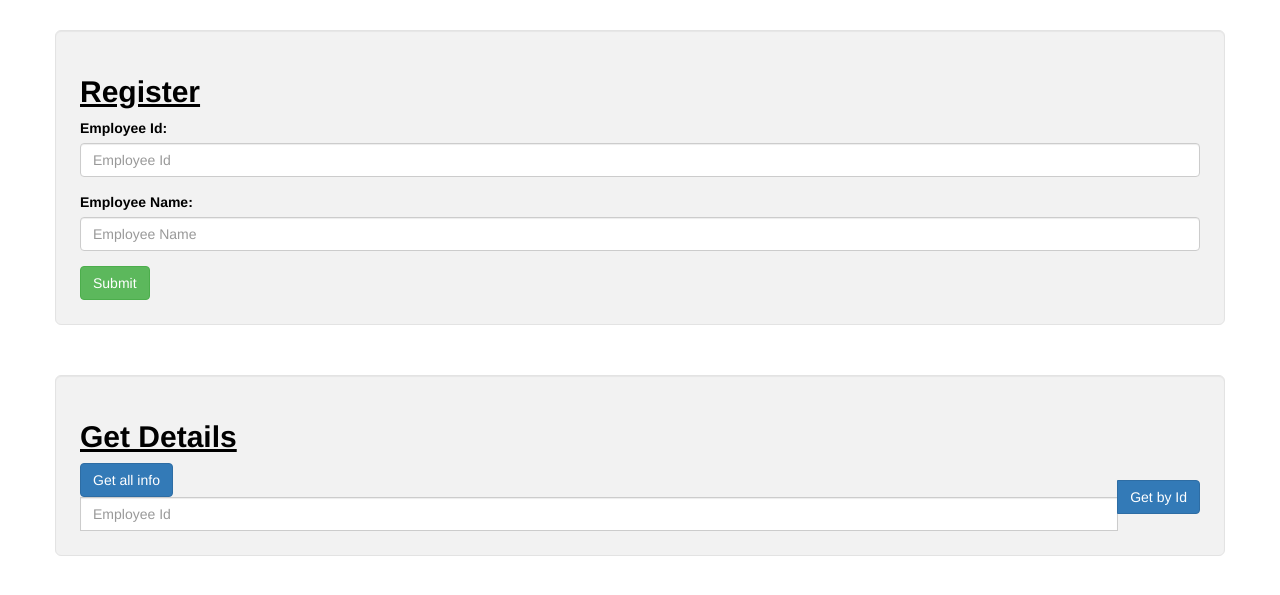
Repository: royakash07/FirstWebApplication
Page: http://localhost/SampleWebApplication/EmployeeProtal.jsp
The author's editor kept a copy of each file at every save. The page is drawn from the files as they stood at one save, then again after the next save.
The browser window is 1280 px wide. The pictures show the whole page.
Some web libraries are served in a nearby version. The page is served by Tomcat 9. Nobody is signed in. The application's start-up code is not run. Other server files are loaded and not shown.

Above is the page before, as saved 2017-11-30 05:23:04.

### SampleWebApplication/WebContent/EmployeeProtal.jsp
<%@ page language="java" contentType="text/html; charset=ISO-8859-1"
    pageEncoding="ISO-8859-1"%>
<!DOCTYPE html PUBLIC "-//W3C//DTD HTML 4.01 Transitional//EN" "http://www.w3.org/TR/html4/loose.dtd">
<html>
<head>
<meta http-equiv="Content-Type" content="text/html; charset=ISO-8859-1">
<title>Portal</title>
  <meta charset="utf-8">
  <meta name="viewport" content="width=device-width, initial-scale=1">
  <link rel="stylesheet" href="https://maxcdn.bootstrapcdn.com/bootstrap/3.3.7/css/bootstrap.min.css">
  <script src="https://ajax.googleapis.com/ajax/libs/jquery/3.2.1/jquery.min.js"></script>
  <script src="https://maxcdn.bootstrapcdn.com/bootstrap/3.3.7/js/bootstrap.min.js"></script>
<style>
.well
{
color:black;
background-color:#F2F2F2;
}

</style>
</head>
<body>
<div style="padding: 30px">
<div class="container well well-lg" >
<h2><strong><u>Register</u></strong></h2>
<form action="Submit" method="post">
<div class="form-group">
  <label for="EmployeeId">Employee Id:</label>
  <input type="text" class="form-control" name="EmployeeId" placeholder="Employee Id" >
  </div>
  <div class="form-group">
  <label for="Name">Employee Name:</label>
  <input type="text" class="form-control" name="Name" placeholder="Employee Name">
  </div>
  <input type="submit"class="btn btn-success" value="Submit">
</form>
</div>
</div>
<div class="container well well-lg">
<h2><strong><u>Get Details</u></strong></h2>

<div class="input-group form-inline">
<button type="button" class="btn btn-primary" value="getAllDetails">Get all info</button>
    <input type="text" placeholder="Employee Id" class="form-control">
	<span class="input-group-btn">
	<button type="button" class="btn btn-primary" value="getDetailsById">Get by Id</button>
	</span>
</div>
</div>
</body>
</html>

After the next save:
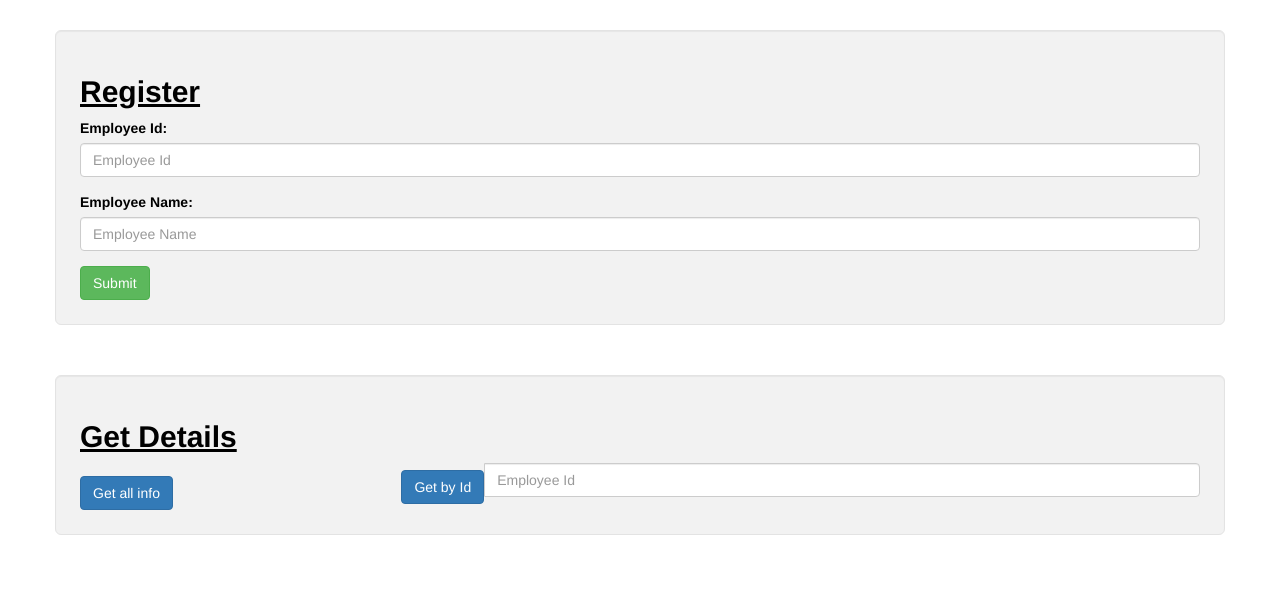
Saved 80 s later.
--- a/SampleWebApplication/WebContent/EmployeeProtal.jsp
+++ b/SampleWebApplication/WebContent/EmployeeProtal.jsp
@@ -41,10 +41,11 @@ background-color:#F2F2F2;
 
 <div class="input-group form-inline">
 <button type="button" class="btn btn-primary" value="getAllDetails">Get all info</button>
-    <input type="text" placeholder="Employee Id" class="form-control">
-	<span class="input-group-btn">
+<span class="input-group-btn">
 	<button type="button" class="btn btn-primary" value="getDetailsById">Get by Id</button>
 	</span>
+    <input type="text" placeholder="Employee Id" class="form-control">
+
 </div>
 </div>
 </body>
